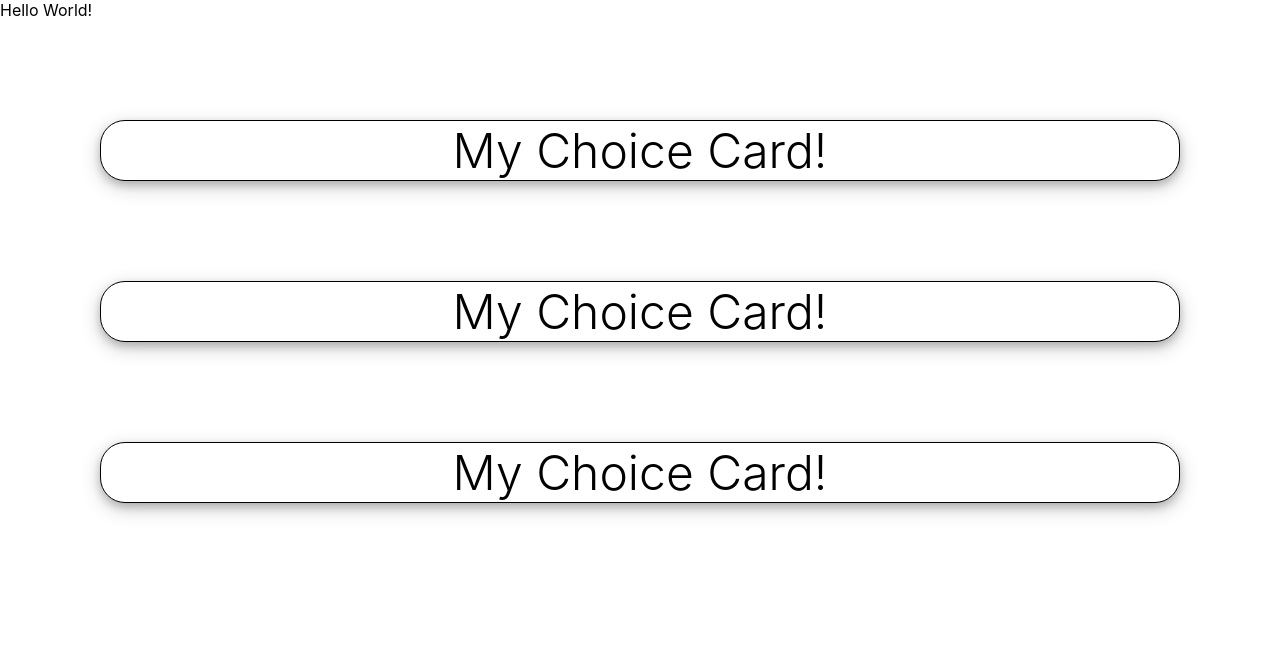
Repository: tts2610/React-Intro
Page: /
The author's editor kept a copy of each file at every save. The page is drawn from the files as they stood at one save, then again after the next save.
The browser window is 1280 px wide. The pictures show the whole page.
The project was rebuilt for these pictures with package versions that can differ from the ones it lists, and the page was loaded fresh each time. Also part of the build but not shown: src/components/Box.js, src/components/List.js.

Above is the page before, as saved 2020-05-25 14:13:51.

After the next save:
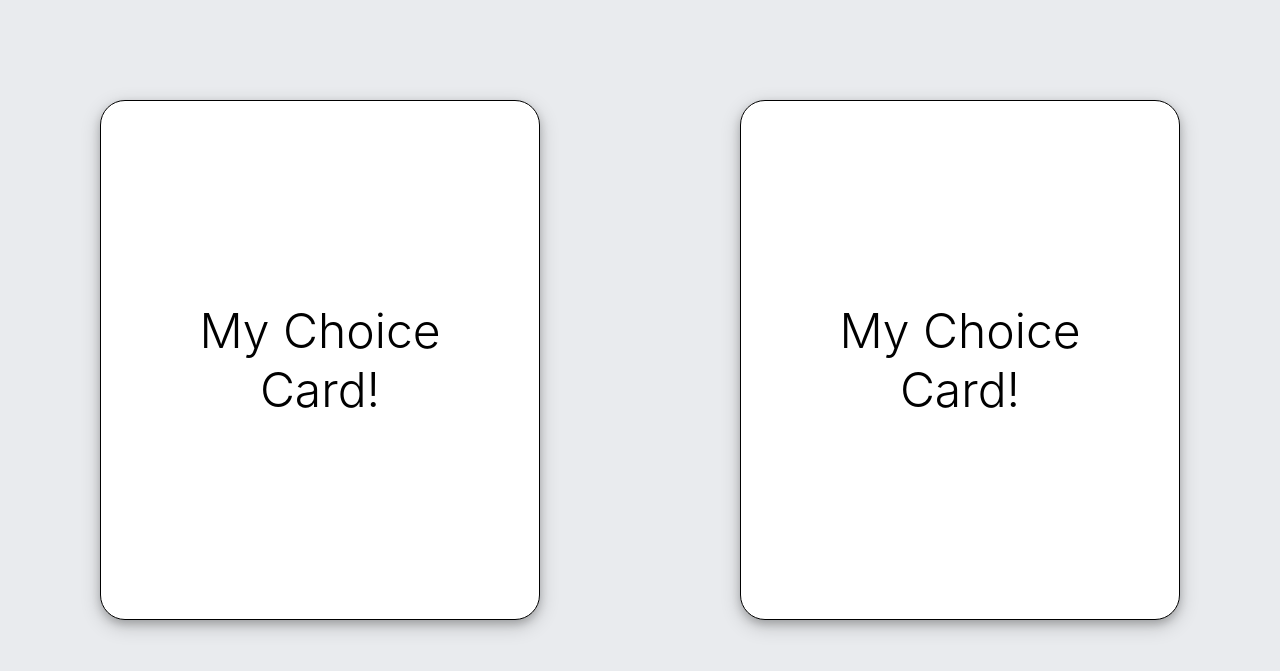
Saved 67 s later.
--- a/src/App.js
+++ b/src/App.js
@@ -13,12 +13,10 @@ const choices = {
 
 function App() {
   return (
-    <div>
-      Hello World!
-      <ChoiceCard color="red" />
-      <ChoiceCard color="white" />
-      <ChoiceCard color="blue" />
-    </div>
+    <div className="App">
+  <ChoiceCard title="You" winner={false} imgURL={choices.rock} />
+  <ChoiceCard title="Computer" winner={true} imgURL={choices.paper} />
+</div>
   );
 }
 
